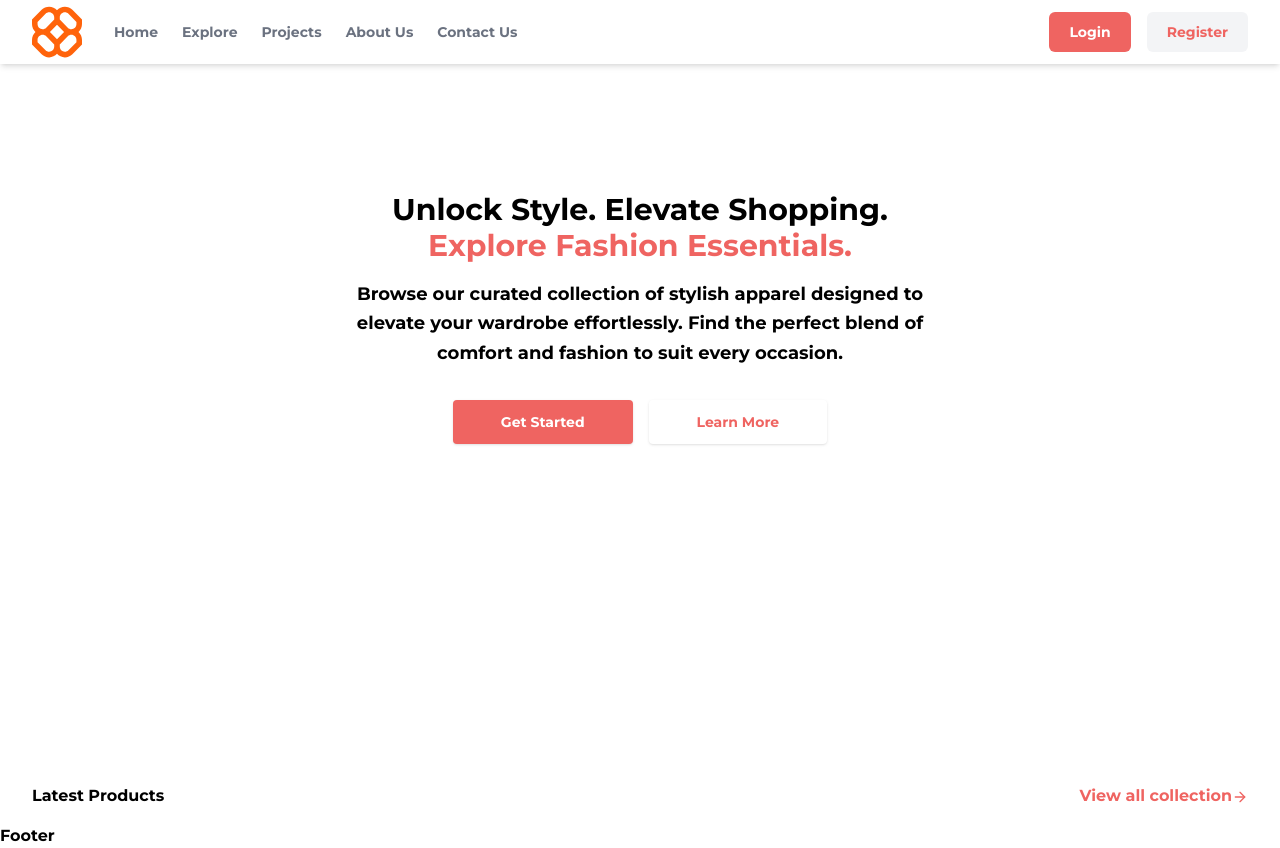
Repository: YahiaSala7/E-commerce-Project
Page: / (app in ecommerce/)
An editor plug-in stored every save of this project. The page is shown before and after the next save, followed by the edit.
The browser window is 1280 px wide. The pictures show the whole page.
The page's requests for data from a server got no answer. The project was rebuilt for these pictures with package versions that can differ from the ones it lists, and the page was loaded fresh each time. The framework's server and built-in components were replaced by stand-ins that run in the browser. No one was signed in, and anything a server would have sent is missing. Also part of the build but not shown: ecommerce/next.config.mjs, ecommerce/app/_Components/ProductItem.jsx.

Above is the page before, as saved 2024-07-26 02:15:24.

After the next save:
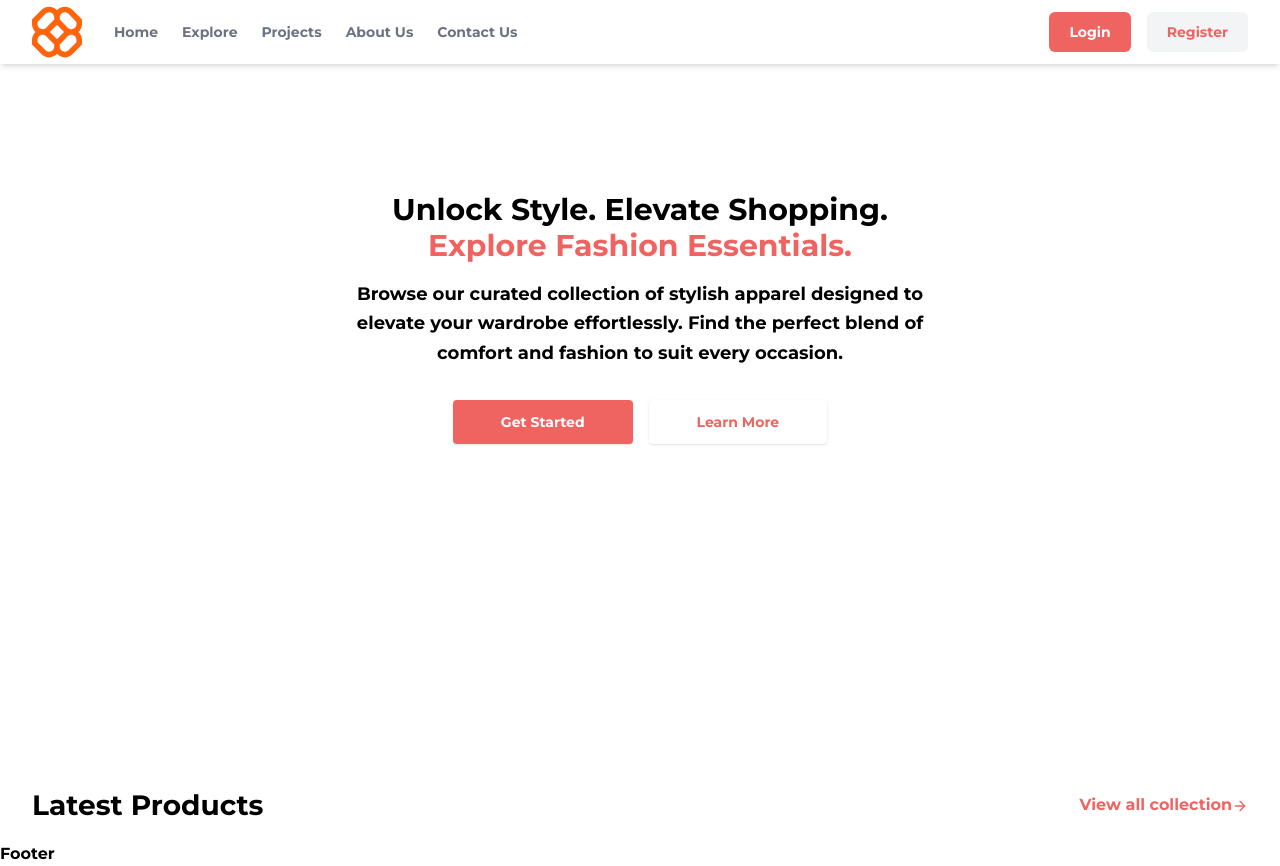
Saved 62 s later.
--- a/ecommerce/app/_Components/ProductsSection.jsx
+++ b/ecommerce/app/_Components/ProductsSection.jsx
@@ -6,7 +6,7 @@ function ProductsSection() {
   return (
     <>
       <div className="latest-products flex justify-between items-center mx-auto px-4 sm:px-6 lg:px-8 pb-4">
-        <h2 className="text-[12px] sm:text-[16px] md:text[28px]">
+        <h2 className="text-[12px] sm:text-[16px] md:text-[28px]">
           Latest Products
         </h2>
         <h4 className="text-primary flex  items-center">
